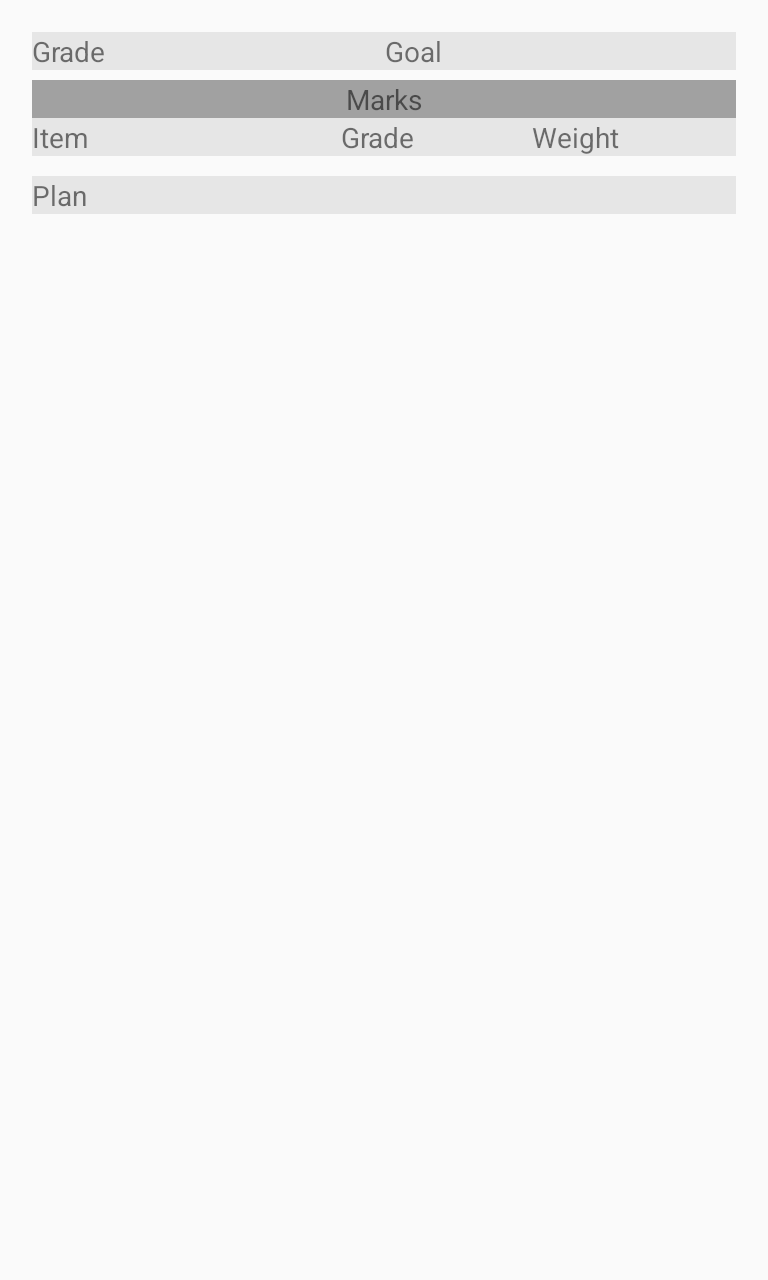
Repository: Tenergy05/GradePlanner
Layout: GradePlanner/res/layout/activity_view_course.xml
An editor plug-in stored every save of this project. The layout is shown before and after the next save, followed by the edit.
It is drawn on a 768 x 1280 px phone screen (xhdpi) without system bars, with theme AppTheme; the app's code is not run.

Above is the layout before, as saved 2015-01-02 23:31:49.

After the next save:
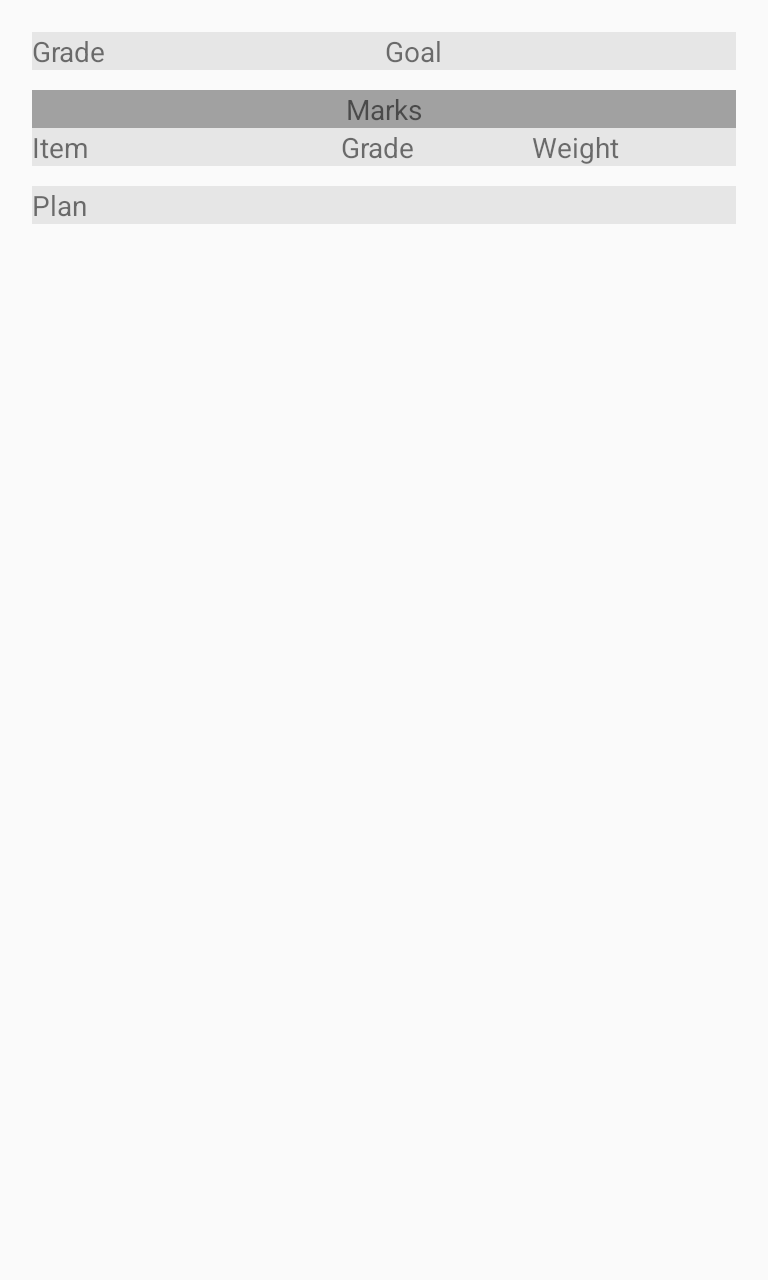
Saved 7 s later.
--- a/GradePlanner/res/layout/activity_view_course.xml
+++ b/GradePlanner/res/layout/activity_view_course.xml
@@ -26,7 +26,7 @@
     <TableRow
         android:layout_width="match_parent"
         android:layout_height="wrap_content"
-        android:layout_marginTop="5dp"
+        android:layout_marginTop="10dp"
         android:gravity="center"
         android:background="@color/darkgrey">
         <TextView
